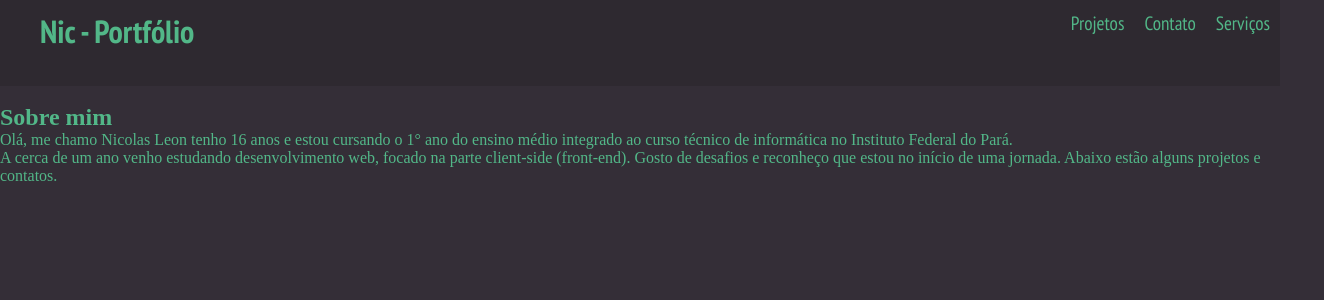
Repository: Leonngc/portfolio
Page: index.html
These files come from the project's save history. The page is drawn as it stood at one moment and after a run of saves; the edit follows.
The browser window is 1280 px wide. The page is 1280 px wide, then 1324 px, then 1280 px, so the pictures cover 1324 px, including what lies to the right of the window. The pictures show the whole page.

Above is the page before, as saved 2022-12-02 10:13:28.

### index.html
<!DOCTYPE html>
<html lang="en">

<head>
    <meta charset="UTF-8">
    <meta http-equiv="X-UA-Compatible" content="IE=edge">
    <meta name="viewport" content="width=device-width, initial-scale=1.0">
    <meta name="keywords" content="portfolio, web, dev, website, desenvolvedor">
    <meta name="description" content="Meu portfolio de desenvolvedor web">
    <title>Nic Portfólio</title>
    <link rel="stylesheet" href="home.css">
</head>

<body>
    <header>
        <h1>Nic - Portfólio</h1>
        <nav class="menu">
            <ul>
                <li><a href="">Projetos</a></li>
                <li><a href="">Contato</a></li>
                <li><a href="">Serviços</a></li>
            </ul>
        </nav>
    </header>
    <section>
        <span>
            <img src="" alt="">
        </span>
    </section>

    <section>
        <h2>Sobre mim</h2>
        <p>Olá, me chamo Nicolas Leon tenho 16 anos e estou cursando o 1° ano do ensino médio integrado ao curso técnico de informática no Instituto Federal do Pará. <br> A cerca de um ano venho estudando desenvolvimento web, focado na parte client-side (front-end). Gosto de desafios e reconheço que estou no início de uma jornada. Abaixo estão alguns projetos e contatos.</p>
    </section>


</body>

</html>

### home.css
@import url('https://fonts.googleapis.com/css2?family=PT+Sans+Narrow:wght@400;700&display=swap');
:root{
    --background:#342E37;
    --letters: #52B788;
}
*{
    margin: 0;
    padding: 0;
}
body{
    background-color: var(--background);
    color: var(--letters);
}

header{
    display: flex;
    flex-wrap: wrap;
    justify-content: space-between;
    background-color: #2e2930;
    height: 12vh;
}

header > h1{
    font-family:'PT Sans Narrow', sans-serif;
    margin-left: 30px;
    padding: 10px;
}

 ul {
    display: flex;
    flex-wrap: wrap;
}

ul > li{
    list-style: none;
    margin: 10px;
}

li > a{
    text-decoration: none;
    color: var(--letters);
    font-family: 'PT Sans Narrow', sans-serif;
    font-size: 1.2em;
    position: relati;
}

After the next 3 saves:
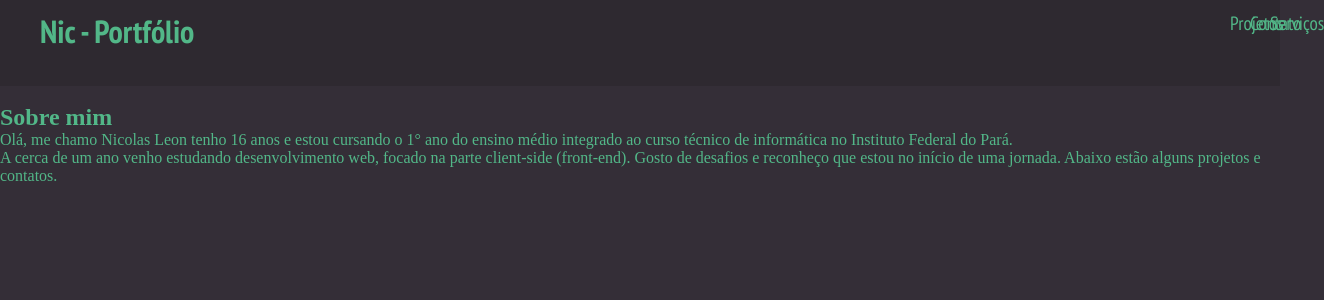
The 3 saves are shown as one change because they came seconds apart.
The last was saved 39 s later.
--- a/home.css
+++ b/home.css
@@ -41,5 +41,5 @@
     color: var(--letters);
     font-family: 'PT Sans Narrow', sans-serif;
     font-size: 1.2em;
-    position: relati;
+    position: absolute;
 }

After the save that followed:
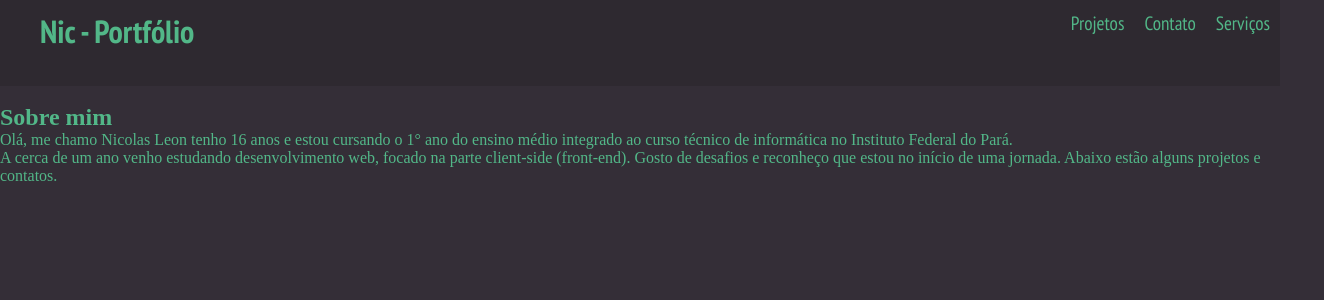
Saved 8 s later.
--- a/home.css
+++ b/home.css
@@ -41,5 +41,5 @@
     color: var(--letters);
     font-family: 'PT Sans Narrow', sans-serif;
     font-size: 1.2em;
-    position: absolute;
+    justify-content: ;
 }
